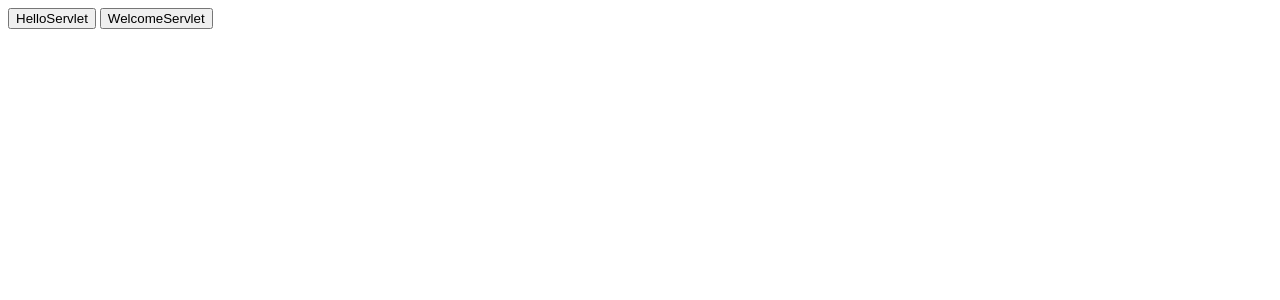
Repository: hijiri00018/test
Page: http://localhost/HelloServlet/
These files come from the project's save history. The page is drawn as it stood at one moment and after the next save; the edit follows.
The browser window is 1280 px wide. The pictures show the whole page.
The page is served by Tomcat 9.

Above is the page before, as saved 2018-12-20 08:33:10.

After the next save:
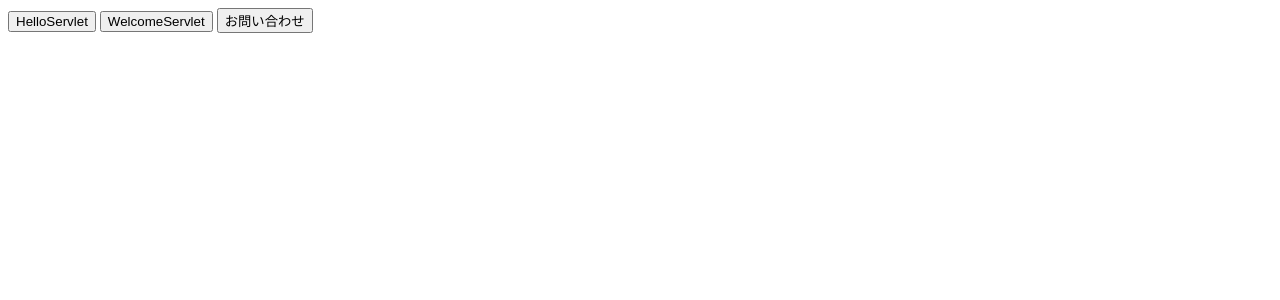
Saved 2 min 8 s later.
--- a/HelloServlet/WebContent/index.jsp
+++ b/HelloServlet/WebContent/index.jsp
@@ -9,5 +9,6 @@
 <body>
 <input type="button" value="HelloServlet" onClick="location.href='HelloServlet'">
 <input type="button" value="WelcomeServlet" onClick="location.href='welcome.jsp'">
+<input type="button" value="お問い合わせ" onClick="location.href='inquiry.jsp'">
 </body>
 </html>
